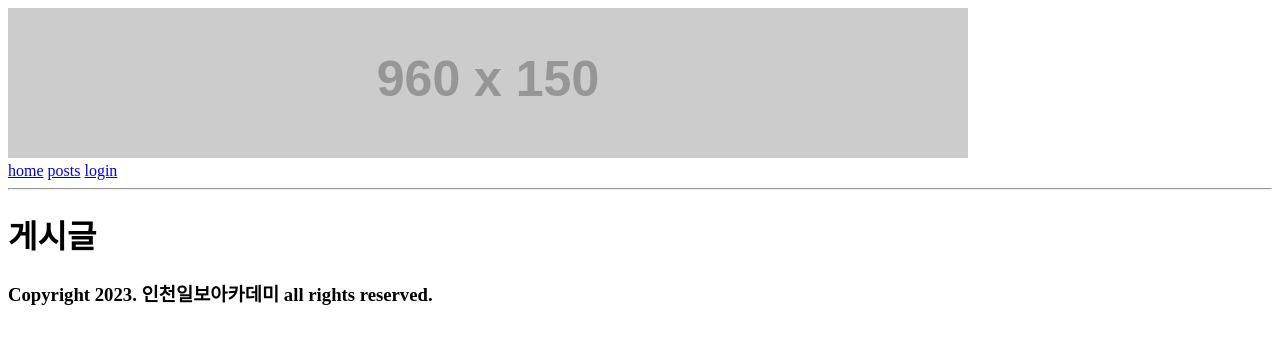
Repository: wkdtkgkek16/web01
Page: http://localhost/ex01/posts
These files come from the project's save history. The page is drawn as it stood at one moment and after a run of saves; the edit follows.
The browser window is 1280 px wide. The pictures show the whole page.
The page is served by Tomcat 9. Queries for data that is not in the repository find no rows.

Above is the page before, as saved 2023-03-27 02:25:43.

After the next 2 saves:
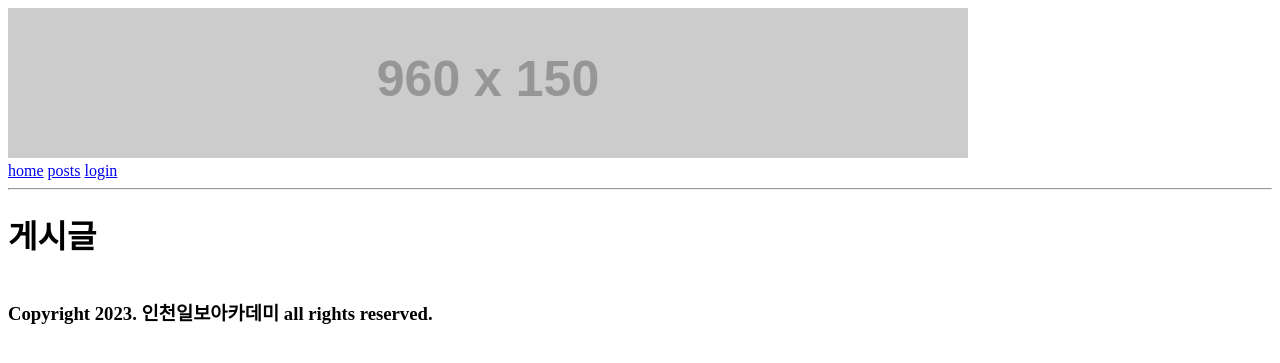
The 2 saves are shown as one change because they came seconds apart.
The last was saved 2 min 20 s later.
--- a/ex01/WebContent/posts.jsp
+++ b/ex01/WebContent/posts.jsp
@@ -2,3 +2,8 @@
     pageEncoding="UTF-8"%>
     <%@taglib prefix="c" uri="http://java.sun.com/jsp/jstl/core"%>
 	<h1>게시글</h1>
+<table>
+	<c:forEach items="${list}" var="vo">
+
+	</c:forEach>
+</table>
